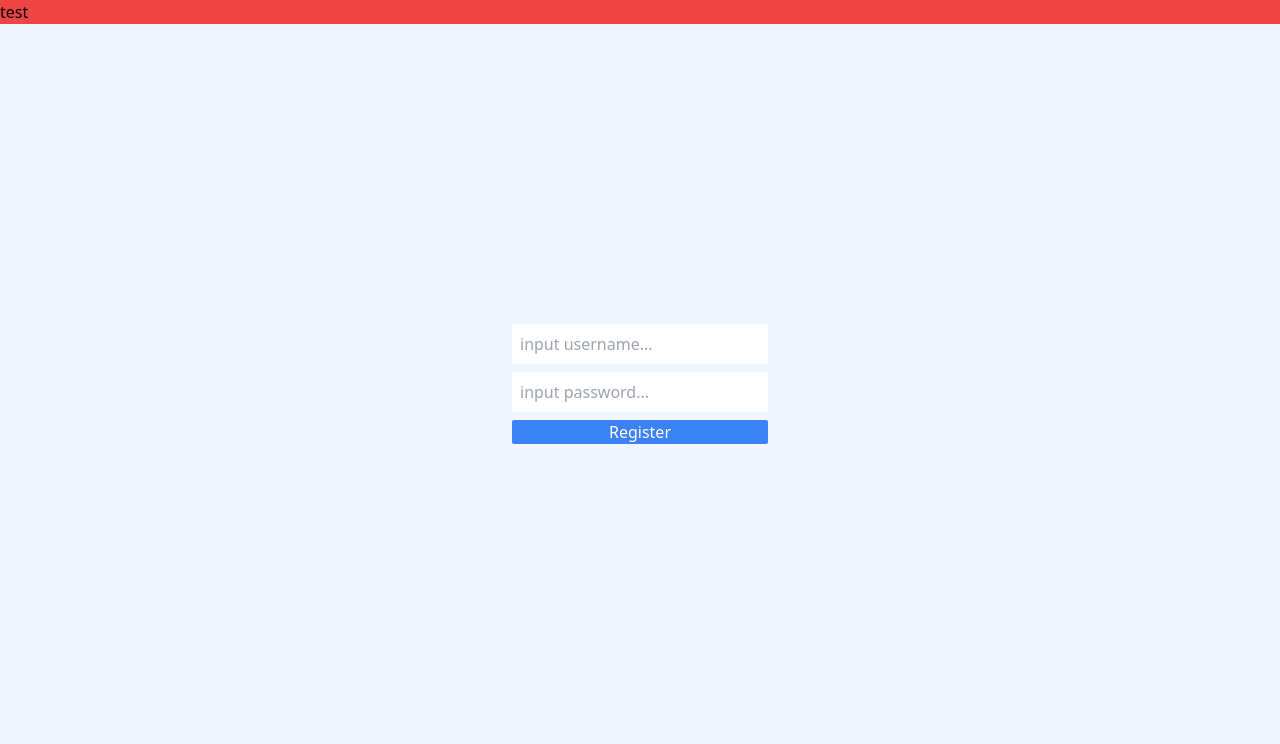
Repository: HAONANTAO/MERN_chat_app
Page: / (app in client/)
The author's editor kept a copy of each file at every save. The page is drawn from the files as they stood at one save, then again after the next save.
The browser window is 1280 px wide. The pictures show the whole page.
The project was rebuilt for these pictures with package versions that can differ from the ones it lists, and the page was loaded fresh each time. Also part of the build but not shown: client/vite.config.js.

Above is the page before, as saved 2024-03-18 19:26:27.

After the next save:
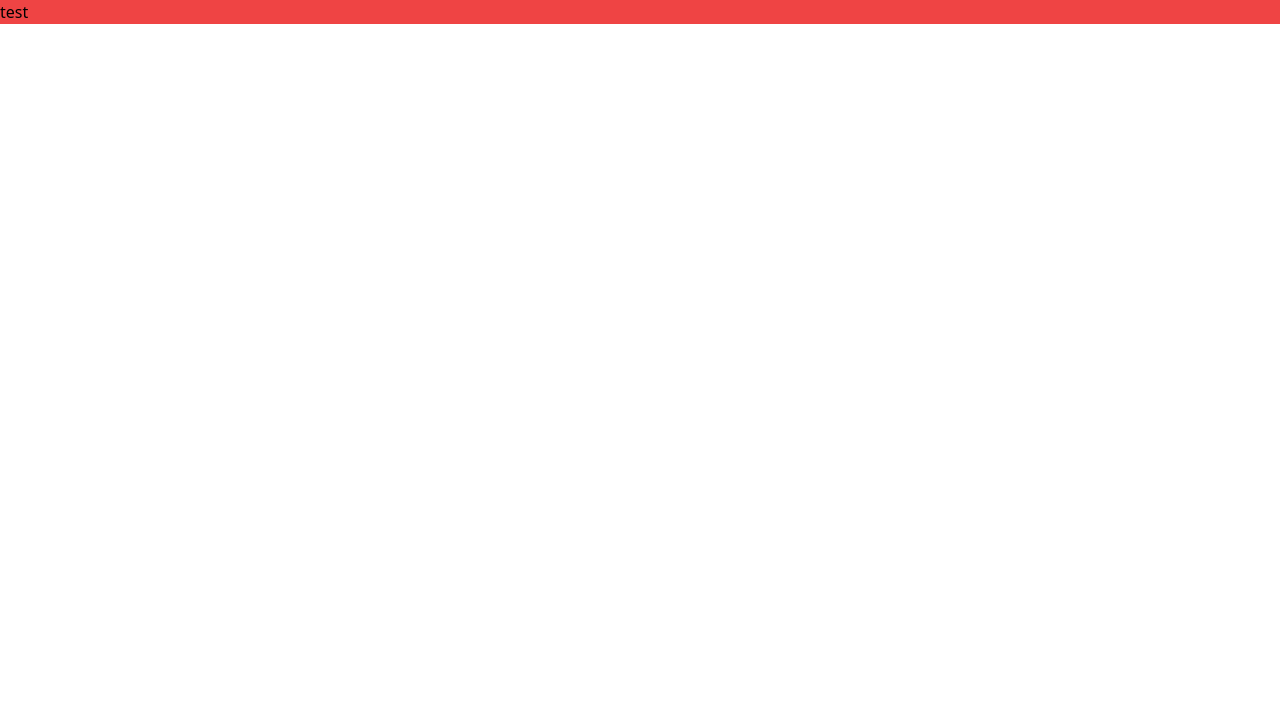
Saved 6 s later.
--- a/client/src/App.jsx
+++ b/client/src/App.jsx
@@ -11,7 +11,7 @@ function App() {
     <>
       <div className="bg-red-500">test</div>
       <UserContextProvider>
-        <Register></Register>
+
       </UserContextProvider>
     </>
   );
